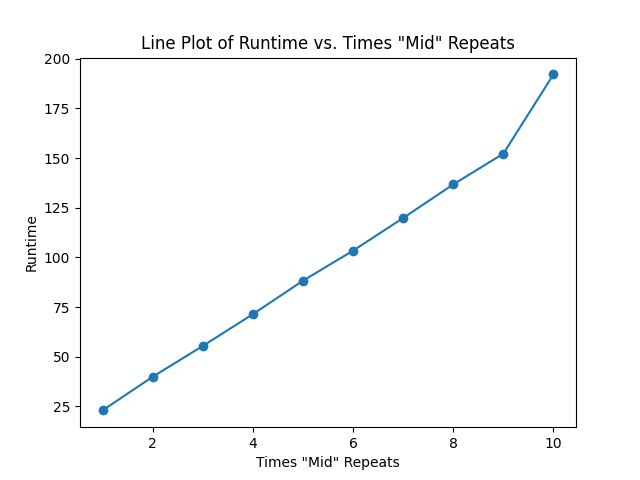
Repository: kingsoneight/CS350-Computer-System
Script's output: python hw7/EVAL/1a.py
The author's editor kept a copy of each file at every save. The script's output is drawn from the files as they stood at one save, then again after the next save.
Random numbers start from a fixed seed.

Above is the script's output before, as saved 2023-12-04 22:41:50.

After the next save:
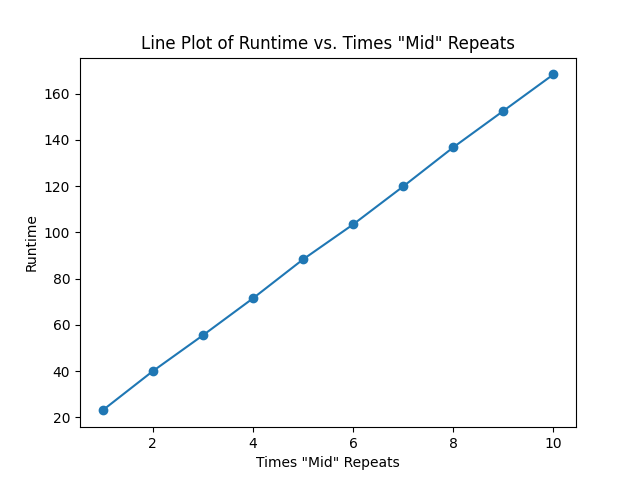
Saved 4 min 25 s later.
--- a/hw7/EVAL/1a.py
+++ b/hw7/EVAL/1a.py
@@ -3,7 +3,7 @@ import matplotlib.pyplot as plt
 # Sample data (replace with your own data)
 x_values = [1, 2, 3, 4, 5, 6, 7, 8, 9, 10]
 y_values = [23.03, 39.94, 55.44, 71.43, 88.27,
-            103.39, 119.82, 136.73, 152.19, 192.06]
+            103.39, 119.82, 136.73, 152.48, 168.26]
 
 # Create the plot
 plt.plot(x_values, y_values, marker='o', linestyle='-')
